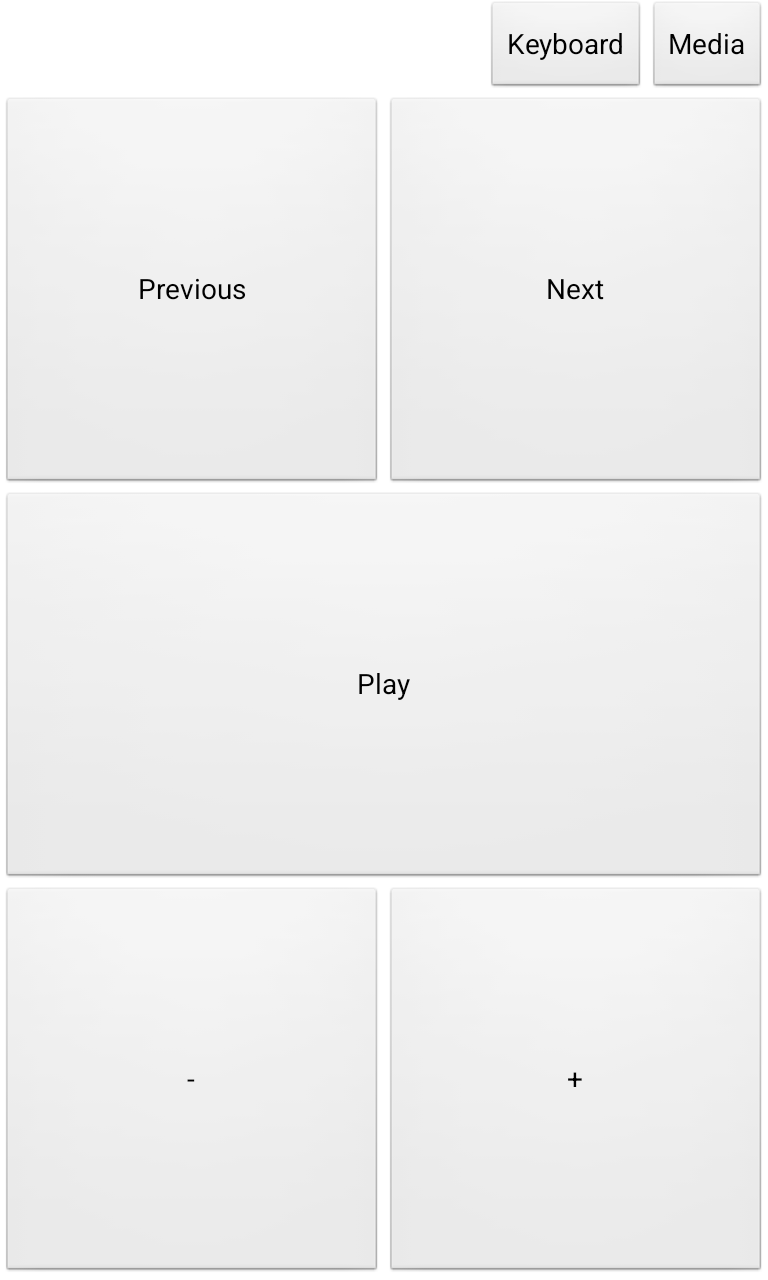
Repository: kamiljano/PCRemote
Layout: workspace/PCRemote/res/layout/media_activity.xml
The author's editor kept a copy of each file at every save. The layout is drawn from the files as they stood at one save, then again after a run of saves.
It is drawn on a 768 x 1280 px phone screen (xhdpi) without system bars, with theme AppTheme; the app's code is not run.

Above is the layout before, as saved 2012-09-21 11:16:19.

After the next 2 saves:
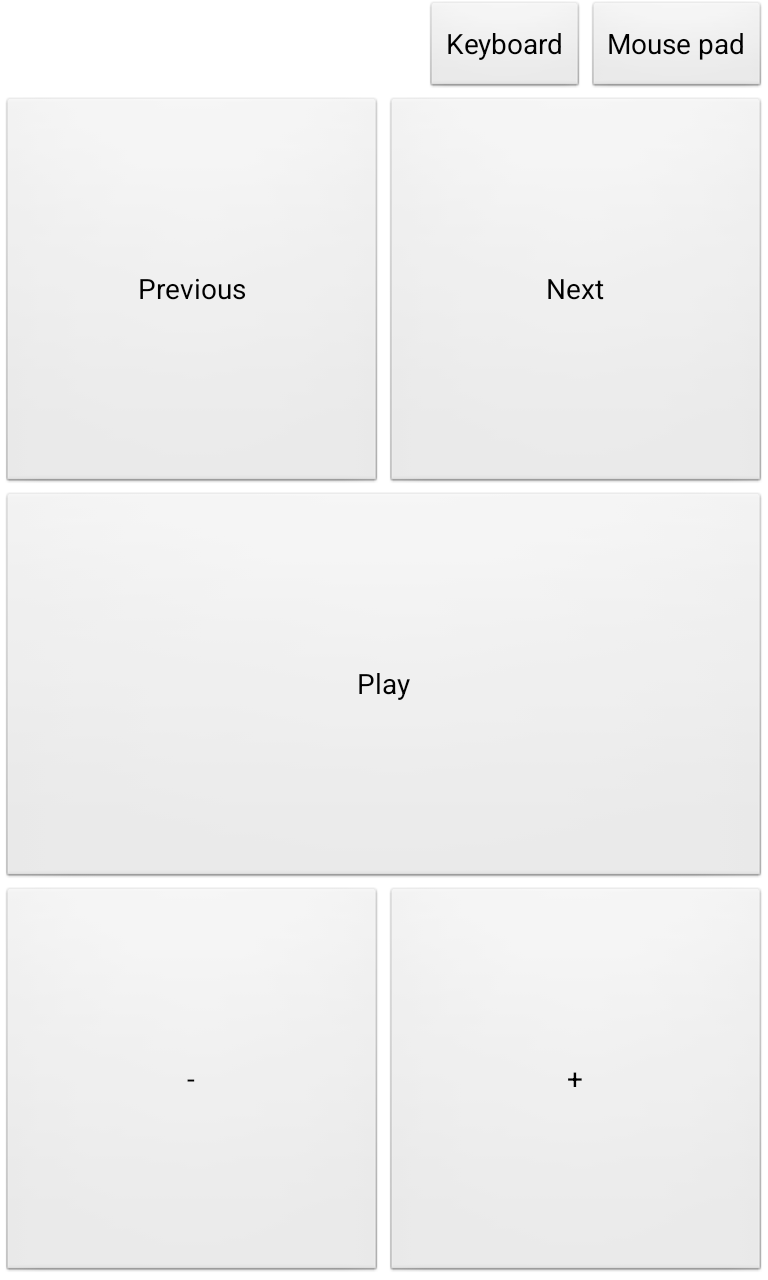
The 2 saves are shown as one change because they came seconds apart.
The last was saved 9 s later.
--- a/workspace/PCRemote/res/layout/media_activity.xml
+++ b/workspace/PCRemote/res/layout/media_activity.xml
@@ -18,7 +18,7 @@
         <Button
             android:layout_width="wrap_content"
             android:layout_height="wrap_content"
-            android:text="@string/media"
+            android:text="@string/mousepad"
             android:onClick="goToMousepad"/>
 
     </LinearLayout>
